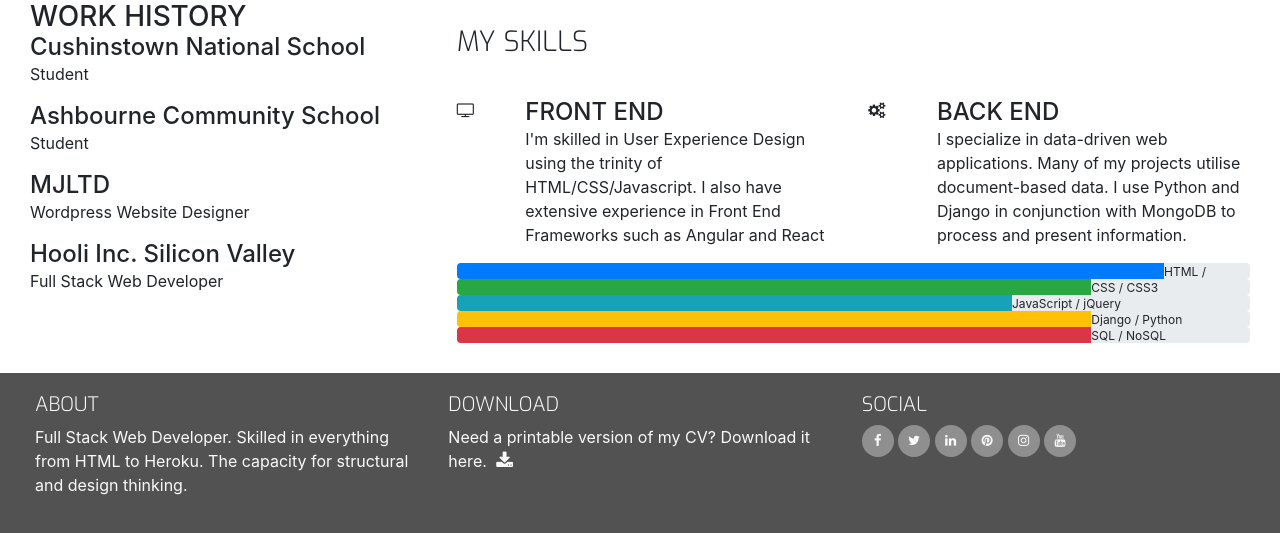
Repository: mark-joyce/portfolio
Page: resume.html
The author's editor kept a record of every edit. The page is drawn from the files as they stood at one moment, then again after the next edit.
The browser window is 1280 px wide. The pictures show the part of the page from y = 369 to 902 px (the page is 902 px tall).
Some web libraries are served in a nearby version.

Above is the page before.

### resume.html
<!DOCTYPE html>
<html lang="en">
<head>
    <meta charset="UTF-8">
    <meta name="viewport" content="width=device-width, initial-scale=1.0">
    <meta http-equiv="X-UA-Compatible" content="ie=edge">
    <link rel="stylesheet" href="https://maxcdn.bootstrapcdn.com/bootstrap/4.2.1/css/bootstrap.min.css" type="text/css" />
    <link rel="stylesheet" href="https://maxcdn.bootstrapcdn.com/font-awesome/4.7.0/css/font-awesome.min.css" type="text/css" />
    <link rel="stylesheet" href="https://cdnjs.cloudflare.com/ajax/libs/hover.css/2.1.1/css/hover-min.css" type="text/css" />
    <link rel="stylesheet" href="assets/css/style.css">
    <title>Mark Joyce</title>
</head>
<body>
    <header>
        <div class="row no-gutters">
            <a class="col-md-4 logo" href="02-index.html"></a>
            <div class="col-md-8">
                <div class="row no-gutters bg-color-name-title">
                    <div class="col heading">
                        <h1 class="name">Mark Joyce</h1>
                        <h2 class="title"> Full Stack Developer</h2>
                    </div>
                </div>
                <div class="row no-gutters">
                    <div class="col">
                        <ul id="nav" class="list-inline menucontainer">
                            <li class="col-6 col-sm-3 list-inline-item ui-menu-color-home menuitem">
                                <a href="index.html" class="hvr-sweep-to-bottom"><i class="fa fa-home" aria-hidden="true"></i><span>Home</span></a>
                            </li>
                            <li class="col-6 col-sm-3 list-inline-item ui-menu-color-resume menuitem">
                                <a href="resume.html" class="hvr-sweep-to-bottom"><i class="fa fa-graduation-cap" aria-hidden="true"></i><span>Resume</span></a>
                            </li>
                            <li class="col-6 col-sm-3 list-inline-item ui-menu-color-contact menuitem">
                                <a href="contact.html" class="hvr-sweep-to-bottom"><i class="fa fa-comment-o" aria-hidden="true"></i><span>Contact</span></a>
                            </li>
                            <li class="col-6 col-sm-3 list-inline-item ui-menu-color-download menuitem">
                                <a href="assets/cv/sample-cv.pdf" target="_blank" class="hvr-sweep-to-bottom"><i class="fa fa-download" aria-hidden="true"></i><span>Download CV</span></a>
                            </li>
                        </ul>
                    </div>
                </div>
            </div>
        </div>
    </header>
    <section class="container-fluid">
        <div class="row">
            <div class="col-md-4 bg-color-work-history section-column">
                <div class="row">
                    <div class="col-12">
                        <h3 class="history-heading uppercase">
                            Work History
                        </h3>
                    </div>
                </div>
                <div class="history-items">
                    <div class="timeline-item" data-dates="08/2005 - 06/2013">
                        <h4>Cushinstown National School</h4>
                        <p>Student</p>
                    </div>
                    <div class="timeline-item" data-dates="08/2013 - 06/2019">
                        <h4>Ashbourne Community School</h4>
                        <p>Student</p>
                    </div>
                    <div class="timeline-item" data-dates="06/2015 - Present">
                        <h4>MJLTD</h4>
                        <p>Wordpress Website Designer</p>
                    </div>
                    <div class="timeline-item" data-dates="06/2011 - Present">
                        <h4>Hooli Inc. Silicon Valley</h4>
                        <p>Full Stack Web Developer</p>
                    </div>
                </div>
            </div>
            <div class="col-md-8 bg-color-three-reasons section-column">
                <div class="row">
                    <div class="col">
                        <h3 class="section-heading uppercase">My Skills</h3>
                    </div>
                </div>
                <div class="row">
                    <div class="col-10 offset-1 offset-sm-0 col-sm-4 col-md-6">
                        <div class="row">
                            <div class="col-2">
                                <i class="three-reasons-icon fa fa-tv" aria-hidden="true"></i>
                            </div>
                            <div class="col-10">
                                <h4 class="three-reasons-heading uppercase">Front End</h4>
                                <p>
                                    I'm skilled in User Experience Design using the trinity of HTML/CSS/Javascript. I also have extensive experience in Front End Frameworks such as Angular and React
                                </p>
                            </div>
                        </div>
                    </div>
                    <div class="col-10 offset-1 offset-sm-0 col-sm-4 col-md-6">
                        <div class="row">
                            <div class="col-2">
                                <i class="three-reasons-icon fa fa-gears" aria-hidden="true"></i>
                            </div>
                            <div class="col-10">
                                <h4 class="three-reasons-heading uppercase">Back End</h4>
                                <p>
                                    I specialize in data-driven web applications. Many of my projects utilise document-based data. I use Python and Django in conjunction with MongoDB to process and present information.
                                </p>
                            </div>
                        </div>
                    </div>
                </div>
                <div class="row progress-section">
                    <div class="col">
                        <div class="progress">
                            <div class="progress-bar" role="progressbar" aria-valuenow="90" aria-valuemin="0" aria-valuemax="100" style="width:90%;">
                                <span class="sr-only">90% complete</span>
                            </div>
                            <span class="progress-type">HTML / HTML5</span>
                        </div>
                        <div class="progress">
                            <div class="progress-bar bg-success" role="progressbar" aria-valuenow="80" aria-valuemin="0" aria-valuemax="100" style="width:80%;">
                                <span class="sr-only">80% complete</span>
                            </div>
                            <span class="progress-type">CSS / CSS3</span>
                        </div>
                        <div class="progress">
                            <div class="progress-bar bg-info" role="progressbar" aria-valuenow="70" aria-valuemin="0" aria-valuemax="100" style="width:70%;">
                                <span class="sr-only">70% complete</span>
                            </div>
                            <span class="progress-type">JavaScript / jQuery</span>
                        </div>
                        <div class="progress">
                            <div class="progress-bar bg-warning" role="progressbar" aria-valuenow="80" aria-valuemin="0" aria-valuemax="100" style="width:80%;">
                                <span class="sr-only">80% complete</span>
                            </div>
                            <span class="progress-type">Django / Python</span>
                        </div>
                        <div class="progress">
                            <div class="progress-bar bg-danger" role="progressbar" aria-valuenow="80" aria-valuemin="0" aria-valuemax="100" style="width:80%;">
                                <span class="sr-only">80% complete</span>
                            </div>
                            <span class="progress-type">SQL / NoSQL</span>
                        </div>
                    </div>
                </div>
            </div>
        </div>

    </section>
    <footer class="container-fluid">
        <div id="footer-details" class="row">
            <div class="col-sm-4">
                <h5 class="uppercase general-sub">About</h5>
                <p class="inline-block">
                    Full Stack Web Developer. Skilled in everything from HTML to Heroku. The capacity for structural and design thinking.
                </p>
            </div>
            <div class="col-sm-4">
                <h5 class="uppercase general-sub">Download</h5>
                <p class="inline-block">
                    Need a printable version of my CV? Download it here.
                    <a href="assets/cv/sample-cv.pdf" target="_blank" class="cv-pdf">
                        <i class="fa fa-download" aria-hidden="true"></i>
                        <span class="sr-only">Download link.</span>
                    </a>
                </p>
            </div>
            <div class="col-sm-4">
                <h5 class="uppercase general-sub">Social</h5>
                <ul class="list-inline social-links">
                    <li class="list-inline-item">
                        <a target="_blank" href="#">
                            <i class="fa fa-facebook" aria-hidden="true"></i>
                            <span class="sr-only">Facebook</span>
                        </a>
                    </li>
                    <li class="list-inline-item">
                        <a target="_blank" href="#">
                            <i class="fa fa-twitter" aria-hidden="true"></i>
                            <span class="sr-only">Twitter</span>
                        </a>
                    </li>
                    <li class="list-inline-item">
                        <a target="_blank" href="#">
                            <i class="fa fa-linkedin" aria-hidden="true"></i>
                            <span class="sr-only">LinkedIn</span>
                        </a>
                    </li>
                    <li class="list-inline-item">
                        <a target="_blank" href="#">
                            <i class="fa fa-pinterest" aria-hidden="true"></i>
                            <span class="sr-only">Pinterest</span>
                        </a>
                    </li>
                    <li class="list-inline-item">
                        <a target="_blank" href="#">
                            <i class="fa fa-instagram" aria-hidden="true"></i>
                            <span class="sr-only">Instagram</span>
                        </a>
                    </li>
                    <li class="list-inline-item">
                        <a target="_blank" href="#">
                            <i class="fa fa-youtube" aria-hidden="true"></i>
                            <span class="sr-only">YouTube</span>
                        </a>
                    </li>
                </ul>
            </div>
        </div>
    </footer>
</body>
</html>

### assets/css/style.css
@import url('https://fonts.googleapis.com/css?family=Roboto:100,200,300,400,500,600,700|Exo:100,200,300,400,500,600,700');

/*--------------------------------------------Colors*/

.bg-color-name-title {
    background-color: #676767;
}

.bg-color-three-reasons {
    background-color: #fff;
}

.ui-menu-color-home {
    background-color: #e67e22;
}

.ui-menu-color-resume {
    background-color: #9b59b6;
}

.ui-menu-color-contact {
    background-color: #3498db;
}

.ui-menu-color-download {
    background-color: #525252;
}

/* ----------------------------------------Special paddings/margins/text */

h1,
h2,
h3,
h4 {
    margin: 0;
}

.uppercase {
    text-transform: uppercase;
}

.general-sub {
    font-family: "Exo", sans-serif;
    font-weight: 300;
    color: #fafafa;
}

.inline-block {
    display: inline-block;
}

.row-table {
    display: table;
}

.section-column {
    display: table-cell;
    padding: 0 30px 30px;
    float: none;
}

.section-heading {
    font-family: "Exo", sans-serif;
    font-weight: 300;
    margin-top: 25px;
    margin-bottom: 40px;
}

/*--------------------------------------------Heading*/

header {
    margin: 0;
}

.heading {
    margin-left: 50px;
}

.logo {
    background: url("https://github.com/Code-Institute-Solutions/resume-miniproject-bootstrap4/blob/master/09-adding-footer-content/assets/images/rosie.jpg?raw=true");
    background-position: center;
    background-repeat: no-repeat;
    background-size: cover;
    min-height: 360px;
    transition: all .5s ease-in-out;
    -moz-transition: all .5s ease-in-out;
    -webkit-transition: all .5s ease-in-out;
}

.name {
    font-family: "Exo", sans-serif;
    font-weight: 100;
    font-size: 46px;
    margin-top: 50px;
    color: #fff;
}

.title {
    font-family: "Roboto", sans-serif;
    font-weight: 200;
    font-size: 28px;
    margin-top: 20px;
    margin-bottom: 90px;
    color: #fff;
}

.list-inline-item:not(:last-child) {
    margin: 0;
}

.menucontainer {
    font-size: 0;
}

#nav li {
    font-size: 14px;
    padding: 0;
}

#nav {
    margin: 0;
}

.menuitem {
    height: 120px;
    text-align: center;
    padding: 0;
}

.menuitem a {
    width: 100%;
    text-decoration: none;
    color: #fff;
    height: 120px;
}

.menuitem a i {
    padding-top: 22px;
    display: block;
    color: #fafafa;
    font-size: 26px;
}

.menuitem span {
    display: block;
    width: 100%;
    padding-top: 5px;
    text-align: center;
    text-transform: uppercase;
    font-size: 14px;
    font-weight: 300;
    letter-spacing: 2px;
}

/*--------------------------------------------Hover.css*/

.hvr-sweep-to-bottom:before {
    background: rgba(0, 0, 0, 0.2);
    height: 120px;
}

/* ----------------------------------------Footer */

footer {
    background-color: #525252;
    color: #fafafa;
    min-height: 120px;
    margin: 0;
}

.cv-pdf i {
    font-size: 18px;
    color: #fafafa;
    text-align: center;
    padding-left: 5px;
    transition: all 0.35s ease-in-out;
    -moz-transition: all 0.35s ease-in-out;
    -webkit-transition: all 0.35s ease-in-out;
    -o-transition: all 0.35s ease-in-out;
}

.cv-pdf i:hover {
    color: #e84610;
}

.social-links {
    padding-bottom: 15px;
}

.social-links li a i {
    width: 32px;
    height: 32px;
    padding: 12px 0;
    border-radius: 50%;
    font-size: 13px;
    line-height: 7px;
    text-align: center;
    color: #fafafa;
    background: #8f8f8f;
    transition: all 0.35s ease-in-out;
    -moz-transition: all 0.35s ease-in-out;
    -webkit-transition: all 0.35s ease-in-out;
    -o-transition: all 0.35s ease-in-out;
}

.social-links li a i:hover {
    background: #e84610;
}

#footer-details {
    padding: 20px;
}

After the next edit:
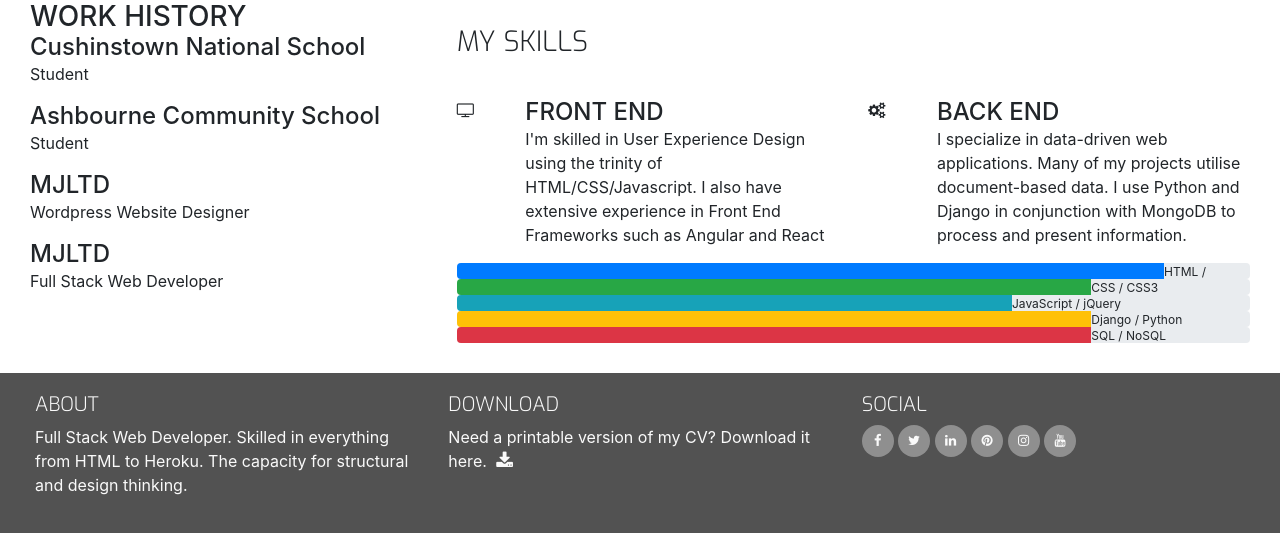
The edit:
--- a/resume.html
+++ b/resume.html
@@ -65,8 +65,8 @@
                         <h4>MJLTD</h4>
                         <p>Wordpress Website Designer</p>
                     </div>
-                    <div class="timeline-item" data-dates="06/2011 - Present">
-                        <h4>Hooli Inc. Silicon Valley</h4>
+                    <div class="timeline-item" data-dates="09/2019 - Present">
+                        <h4>MJLTD</h4>
                         <p>Full Stack Web Developer</p>
                     </div>
                 </div>
